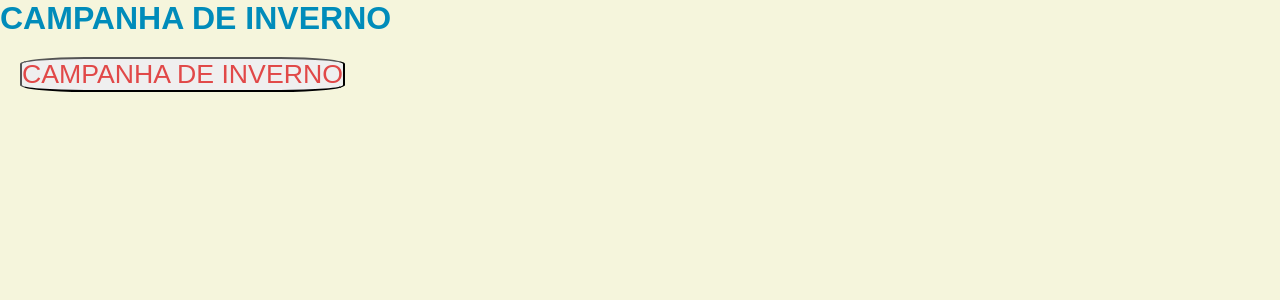
Repository: adrtrvs/qrcodeong
Page: campaignall.html
These files come from the project's save history. The page is drawn as it stood at one moment and after the next save; the edit follows.
The browser window is 1280 px wide. The pictures show the whole page.
Some web fonts or font styles are not loaded; a fallback is used.

Above is the page before, as saved 2023-05-26 09:40:53.

### campaignall.html
<!DOCTYPE html>
<html lang="pt-br">
  <head>
    <meta charset="UTF-8" />
    <meta http-equiv="X-UA-Compatible" content="IE=edge" />
    <meta name="viewport" content="width=device-width, initial-scale=1.0" />
    <link
      href="./files/logofavifinal.jpeg"
      rel="shortcut icon"
      type="image/x-icon"
    />
    <link rel="stylesheet" href="style.css" />
    <title>Campanha de inverno</title>
  </head>
  <body>
    <h1>Campanha de inverno</h1>
    <button class="campaignbutton">
      <a href="#" target="_blank">Campanha de Inverno</a>
  </body>
</html>

### style.css
@import url('https://fonts.googleapis.com/css2?family=Courgette&display=swap');
@import url('https://fonts.googleapis.com/css2?family=Indie+Flower&display=swap');
@import url('https://fonts.googleapis.com/css2?family=Cuprum:wght@500&display=swap');
* {
  padding: 0;
  margin: 0;
}
@keyframes animate {
  0% {
    opacity: 0;
  }

  50% {
    opacity: 1;
  }

  100% {
    opacity: 0;
  }
}

body {
  background-color: #f5f5dc;
  background-repeat: no-repeat;
  background-size: cover;
  width: 100%;
}

header img {
  width: 100%;
}

header p {
  color: black;
  text-align: center;
  font-size: 18px;
  margin: 10px;
  font-family: 'Cuprum', sans-serif;
}

/*FONTES*/

h1,
h2,
h3 {
  color: #008cba;
  text-transform: uppercase;
  font-family: 'Cuprum', sans-serif;
}

/* MENU INDEX */

.menu h2 {
  background-color: #008cba;
  text-align: center;
  font-size: 18px;
  margin: 5px;
  padding: 5px;
  color: whitesmoke;
  font-family: 'Cuprum', sans-serif;
}

.menu h3 {
  font-size: 16px;
  margin-bottom: 5px;
  font-family: 'Cuprum', sans-serif;
}

/* LISTA INDEX */

ul li {
  display: flex;
  justify-content: space-between;
  padding: 16px;
  border-bottom: 1px solid rgba(0, 0, 0, 0.1);
}

/* PARAGRAFOS INDEX*/

.details {
  padding: 5px;
  color: #008cba;
  font-family: 'Cuprum', sans-serif;
}

/*BOTAO INDEX*/

._link {
  background-color: #008cba;
  border: none;
  padding: 13px 23px;
  border-radius: 26px;
  align-self: flex-start;
}

.submenu button a {
  text-decoration: none;
  font-size: 14px;
  color: whitesmoke;
  white-space: nowrap;
  font-family: 'Cuprum', sans-serif;
}

._link:hover {
  background-color: #cbf305;
  transition-duration: 0.4s;
}

.botaocomprov {
  background-color: #4caf50;
  border: none;
  padding: 13px 23px;
  border-radius: 26px;
}
.botaocomprov:hover {
  background-color: #cbf305;
  transition-duration: 0.4s;
}
.botaocomprov a {
  text-decoration: none;
  font-size: 14px;
  color: whitesmoke;
  white-space: nowrap;
  font-family: 'Cuprum', sans-serif;
}
/* PIX ONG  */
._pix {
  color: black;
  padding: 20px;
  text-align: center;
}
.qrcodepixong {
  display: flex;
  flex-direction: column;
  align-items: center;
  background-color: whitesmoke;
}
.qrcodepixong img {
  max-width: -webkit-fill-available;
}

/* TROCO SOLIDÁRIO */

div.trocorockn {
  display: flex;
  flex-direction: column;
  align-items: center;
  background-color: whitesmoke;
}
.trocorockn img {
  max-width: -webkit-fill-available;
}
.ultroco li {
  text-align: center;
  font-family: 'Cuprum', sans-serif;
  color: #008cba;
}

/*BOTÃO CAMPANHAS*/

.campaignbutton {
  text-align: center;
  margin: 20px;
  border-radius: 20%;
}

.campaignbutton a {
  text-decoration: none;
  text-transform: uppercase;
  font-size: 2em;
  color: rgba(219, 10, 10, 0.73);
  text-align: center;
  animation: animate 2s linear infinite;
  font-family: 'Cuprum', sans-serif;
}

.bcampaign {
  padding: 8px 15px;
  border-radius: 26px;
  border: none;
  background-color: #008cba;
}

.bcampaign:hover {
  background-color: #cbf305;
  transition-duration: 0.4s;
} */
/* CAMPAIGN*/

/* campaignvid {
  display: flex;
  flex-direction: column;
  align-items: center;
 */

/* .buttoncampaignaj {
  padding: 8px 15px;
  border-radius: 26px;
  border: none;
  background-color: #008cba;
  margin: 20px;
}

.buttoncampaignaj a {
  text-decoration: none;
  text-transform: uppercase;
  font-size: 2em;
  color: whitesmoke;
  animation: animate 3s linear infinite;
}

.buttoncampaignaj:hover {
  background-color: #4caf50;
  transition-duration: 0.4s;
}

.titlecampaing {
  text-align: center;
  color: rgba(0, 0, 0, 0.9);
}

.campaigndescription {
  font-size: 16px;
  color: rgba(0, 0, 0, 0.8);
  padding: 16px;
  text-align: center;
  justify-content: space-between;
} */

After the next save:
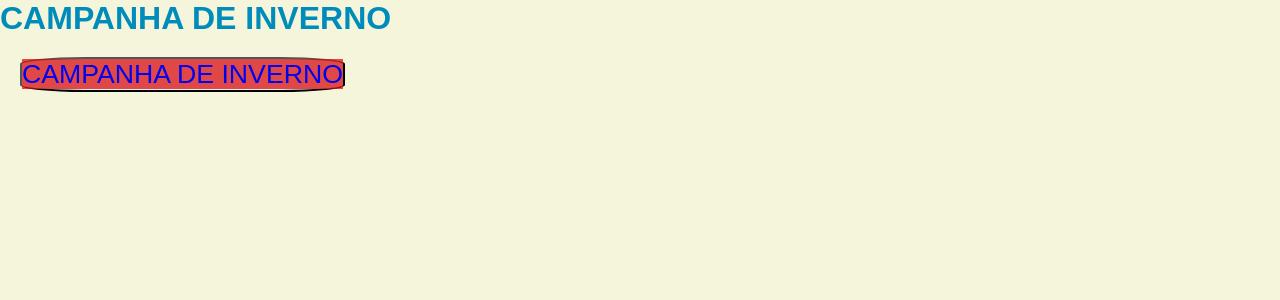
Saved 20 s later.
--- a/style.css
+++ b/style.css
@@ -168,8 +168,7 @@ div.trocorockn {
   text-decoration: none;
   text-transform: uppercase;
   font-size: 2em;
-  color: rgba(219, 10, 10, 0.73);
-  text-align: center;
+  background-color: rgba(219, 10, 10, 0.73);
   animation: animate 2s linear infinite;
   font-family: 'Cuprum', sans-serif;
 }
